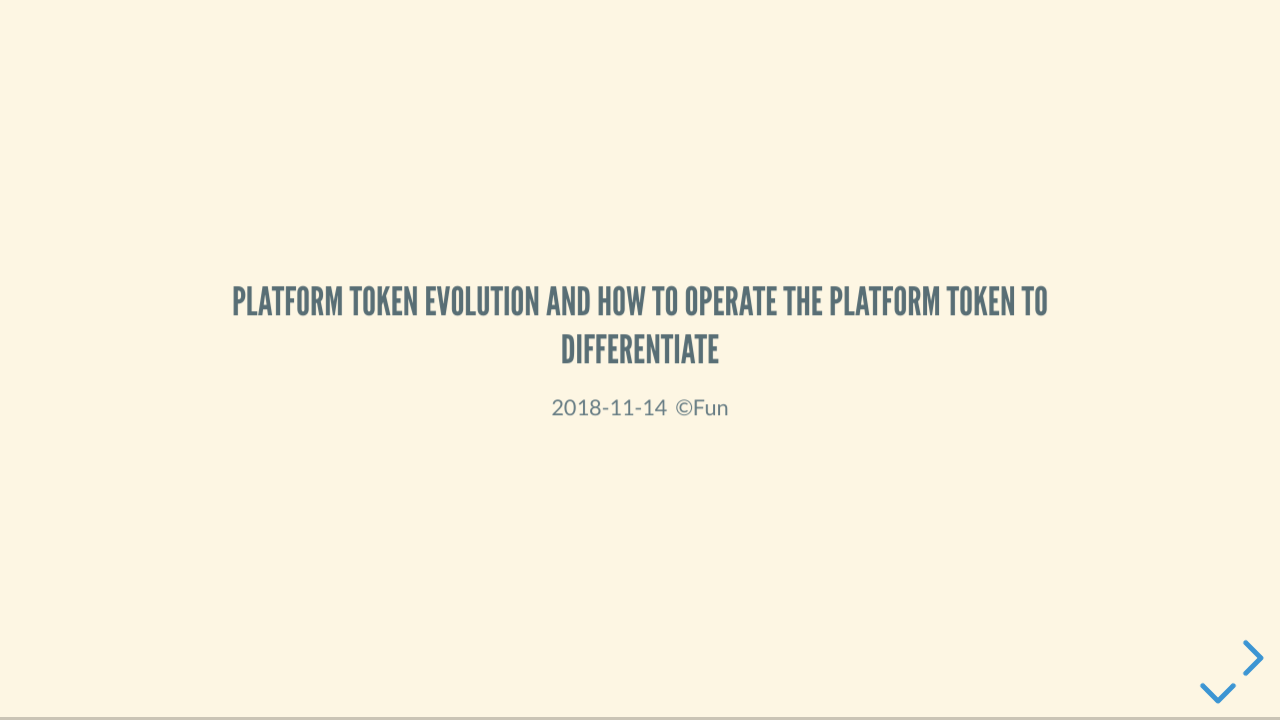
Repository: RickFang666/reveal-ppt
Page: index.html
An editor plug-in stored every save of this project. The page is shown before and after the next save, followed by the edit.
The browser window is 1280 px wide. The pictures show the whole page.

Above is the page before, as saved 2018-11-13 10:46:49.

### index.html
<!DOCTYPE html>
<html>
  <head>
    <meta charset="utf-8" />
    <meta
      name="viewport"
      content="width=device-width, initial-scale=1.0, maximum-scale=1.0, user-scalable=no"
    />

    <title>reveal.js</title>

    <link rel="stylesheet" href="css/reveal.css" />
    <link rel="stylesheet" href="css/theme/solarized.css" />

    <!-- Theme used for syntax highlighting of code -->
    <link rel="stylesheet" href="lib/css/zenburn.css" />
    <link rel="stylesheet" href="css/print/paper.css" />
    <link rel="stylesheet" href="css/custom.css" />
    <!-- Printing and PDF exports -->
    <!--
      <script>
      	var link = document.createElement('link');
      	link.rel = 'stylesheet';
      	link.type = 'text/css';
      	link.href = window.location.search.match(/print-pdf/gi) ? 'css/print/pdf.css' : 'css/print/paper.css';
      	document.getElementsByTagName('head')[0].appendChild(link);
      </script>
    -->
  </head>

  <body>
    <div class="reveal">
      <div class="slides">
        <section>
          <section>
            <h6>
              Platform Token evolution and how to operate the Platform Token to
              differentiate
            </h6>
            <p class="fs-22">2018-11-14&nbsp;&nbsp;©Fun</p>
          </section>
          <section><h4>进步始于交流，收获源于分享</h4></section>
          <!--
            <section>
            	<h4>主题：WEB技术分享与交流</h4>
            	<h4>时间：周五16：00 - 17：00</h4>
            </section>
            <section>
            	<h4 class='ta-l'>会议章程</h4>
            	<ol>
            		<li>主讲人分享技术心得等，30分钟左右</li>
            		<li>组员依次提出本周遇到的技术问题，20分钟左右</li>
            		<li>暂定为自由讨论，10分钟左右</li>
            	</ol>
            </section>
          -->
        </section>
        <section>进入主题</section>
        <section data-markdown>
          <script type="text/template">
            <p class='ta-c'>浅谈React16新特性</p>
            * error boundaries
            * portals
            * render方法新增返回类型
            * 支持自定义DOM属性
            * 更好的服务器端渲染
            * 新的打包策略
            <!-- * MIT许可和新的核心架构 -->
          </script>
        </section>
        <section>
          <section data-markdown class="ta-l">
            <script type="text/template">
              <p class='ta-c'>Better Error Handling</p>
              &emsp;&emsp;之前，组件渲染过程中的运行时错误可能会使应用处于故障状态，产生隐蔽的错误消息并需要刷新页面才能恢复。为了解决这个问题，React16 使用更灵活的错误处理策略。默认情况下，如果在组件的渲染或生命周期方法中引发错误，将会从根节点卸载整个组件树。这可以防止显示损坏的数据，但是，这可能不是理想的用户体验。
            </script>
          </section>
          <section data-markdown class="ta-l">
            <script type="text/template">
              部分UI中的JavaScript错误不应该破坏整个应用程序。为了解决这个问题，React16 引入了error boundaries，中文译为"错误边界"的新概念。
            </script>
          </section>
          <section data-markdown class="ta-l">
            <script type="text/template">
              错误边界是一种特殊的React组件，可以在其子组件树中的任何位置捕获JavaScript错误，记录这些错误并显示回退UI，而不是崩溃的组件树。
            </script>
          </section>
          <section data-markdown class="ta-l">
            <script type="text/template">
              <p>React16 新增生命周期：`componentDidCatch`</p>
              如果一个类组件定义了该生命周期方法，它将成为一个错误边界。
            </script>
          </section>
          <section data-markdown class="ta-l">
            <script type="text/template">
              ```
              // 最佳实践
              class ErrorBoundary extends React.Component {
              	state = {
              	  hasError: false
              	};
              	componentDidCatch(error, info) {
              	  this.setState({ hasError: true });
              	}
              	render() {
              	  if (this.state.hasError) {
              		return <h1>Something went wrong.</h1>;
              	  }
              	  return this.props.children;
              	}
              }
              ```
            </script>
          </section>
          <section data-markdown class="ta-l">
            <script type="text/template">
              ```
              // 作为常规组件使用
              <ErrorBoundary>
              	<App />
              </ErrorBoundary>
              ```
            </script>
          </section>
          <section data-markdown class="ta-l">
            <script type="text/template">
              <p class='ta-c'>Portals</p>
              <p>&emsp;&emsp;Portals，中文可以理解为"传送门"，提供了一种一流的方法来将子组件渲染到父组件的 DOM 结构之外的DOM节点中。默认情况下，React组件树和DOM树是完全对应的，对于一些 Modal , Overlay 之类的组件实现，通常是将它们放在顶层，但逻辑上它们可能只是属于某个子组件，这不利于组件的结构组织。</p>
            </script>
          </section>
          <section data-markdown class="ta-l">
            <script type="text/template">
              ```
              ReactDOM.createPortal(child, container)
              ```
            </script>
          </section>
          <section data-markdown class="ta-l">
            <script type="text/template">
              通过使用 `React.createPortal` ，我们可以将组件渲染到我们想要的任意DOM节点中，但它依然存在于React树中。因此，该组件的行为与其它普通组件相似，在portal内部触发的事件也将传播到父组件。对于组件划分来说，这是一个很棒的特性。
            </script>
          </section>
          <section data-markdown class="ta-l">
            <script type="text/template">
              <p class='ta-c'>New render return types</p>
              React16 添加了新的返回类型：fragments and strings
            </script>
          </section>
          <section data-markdown class="ta-l">
            <script type="text/template">
              * fragments
              <br/>
              React16 支持在组件的render方法中返回一组元素。与其它数组一样，需要为每个元素添加一个唯一的key值以避免警告：
              ```
              render() {
              	// No need to wrap list items in an extra element!
              	return [
              	  // Don't forget the keys
              	  <li key="A">First item</li>,
              	  <li key="B">Second item</li>,
              	  <li key="C">Third item</li>,
              	];
              }
              ```
            </script>
          </section>
          <section data-markdown class="ta-l">
            <script type="text/template">
              从React16.2.0 开始，进一步提高对 JSX特殊片段语法的支持。
              ```
              render() {
              	return (
              	  <>
              		<ChildA />
              		<ChildB />
              		<ChildC />
              	  </>
              	);
              }
              ```
            </script>
          </section>
          <section data-markdown class="ta-l">
            <script type="text/template">
              * string
              <br/>
              React16 支持在组件的render方法中返回字符串：
              ```
              render() {
              	return 'Look ma, no spans!';
              }
              ```
            </script>
          </section>
          <section data-markdown class="ta-l">
            <script type="text/template">
              <p class='ta-l'>所有支持的完整返回类型列表：</p>

              * react elements (jsx)
              * string
              * numbers
              * booleans
              * null
              * fragments
              * portals
            </script>
          </section>
          <section data-markdown class="ta-l">
            <script type="text/template">
              <p class='ta-c'>Support for custom DOM attributes</p>
              &emsp;&emsp;在之前的版本中，React会忽略无法识别的HTML和SVG属性，如果您使用React无法识别的属性编写JSX，则React将跳过它。
            </script>
          </section>
          <section data-markdown class="ta-l">
            <script type="text/template">
              ```
              // Your code:
              <div mycustomattribute="something" />
              ```
              ```
              // React 15 output:
              <div />
              ```
              ```
              // React 16 output:
              <div mycustomattribute="something" />
              ```
            </script>
          </section>
          <section data-markdown class="ta-l">
            <script type="text/template">
              现在，React16 不再忽略无法识别的HTML和SVG属性，而将它们直接传递给DOM。这个改动让React去掉了大部分的属性白名单，从而减小了文件大小。
            </script>
          </section>
          <!--
            <section data-markdown class='ta-l'>
            	<script type='text/template'>
            		<p>注意，您仍然应该使用规范的React命名来获取已知属性。</p>
            	</script>
            </section>
          -->
          <section data-markdown class="ta-l">
            <script type="text/template">
              <p class='ta-c'>Better server-side rendering</p>
              &emsp;&emsp;React16 包含一个完全重写的SSR。新的实现非常快，接近3倍性能于React15 ，现在提供一种流模式streaming，可以更快地把渲染的字节发送到客户端。
            </script>
          </section>
          <section data-markdown class="ta-l">
            <script type="text/template">
              另外，React16 在hydrating ( 注：指客户端基于服务器返回的HTML再次重新渲染）方面表现的更好，它不再要求初始渲染与服务器的结果完全匹配。相反，它会尝试尽可能多地重用现有的DOM。没有更多的校验和！一般来说，不建议在服务器和客户端渲染不同的内容，但在某些情况下（如时间戳）可能会有用。
            </script>
          </section>
          <section data-markdown class="ta-l">
            <script type="text/template">
              <p class='ta-c'>Reduced file size</p>
              &emsp;&emsp;React16 的体积比上个版本减小了32%
              * react is 5.3 kb (2.2 kb gzipped), down from 20.7 kb (6.9 kb gzipped).
              * react-dom is 103.7 kb (32.6 kb gzipped), down from 141 kb (42.9 kb gzipped).
              * react + react-dom is 109 kb (34.8 kb gzipped), down from 161.7 kb (49.8 kb gzipped).
            </script>
          </section>
          <section data-markdown class="ta-l">
            <script type="text/template">
              React体积的减小由于使用了新的打包策略，现在去掉了process.env检查，并且使用Rollup作为打包工具。
            </script>
          </section>
          <!--
            <section data-markdown>
            	<script type='text/template'>
            		<p class='ta-c'>Fiber</p>
            		<p class='ta-l'>&emsp;&emsp;React 16采用了新的核心架构 " Fiber " ,Facebook官方声称：Fiber是对核心算法的一次重新实现，我们改写了React。</p>
            	</script>
            </section>
          -->
        </section>
        <section>
          <section data-markdown>
            <script type="text/template">
              <p class='ta-c'>扩展</p>
              * 组件生命周期变更
              * createRef API
              * forwardRef API
              * Official Context API
              * StrictMode Component
            </script>
          </section>
        </section>
        <section>
          <section data-markdown>
            <script type="text/template">
              <p class='ta-c'>组件生命周期变更</p>
              <p class='ta-c'>未来的React版本将启用异步渲染更新</p>
            </script>
          </section>
          <section data-markdown>
            <script type="text/template">
              <p class='ta-l'>* 16.3：添加3个UNSAFE前缀的生命周期</p>
              ```
              UNSAFE_componentWillMount(){}

              UNSAFE_componentWillReceiveProps(nextProps){}

              UNSAFE_componentWillUpdate(nextProps,nextState){}
              ```
            </script>
          </section>
          <section data-markdown>
            <script type="text/template">
              <p class='ta-l'>* 未来的16.x版本：将对以下生命周期启用弃用警告</p>
              ```
              componentWillMount(){}

              componentWillReceiveProps(nextProps){}

              componentWillUpdate(nextProps,nextState){}
              ```
            </script>
          </section>
          <section data-markdown>
            <script type="text/template">
              <p class='ta-l'>* 17.0：删除以下生命周期</p>
              ```
              componentWillMount(){}

              componentWillReceiveProps(nextProps){}

              componentWillUpdate(nextProps,nextState){}
              ```
            </script>
          </section>
          <section data-markdown>
            <script type="text/template">
              * 新增生命周期：static getDerivedStateFromProps
              ```
              class Example extends React.Component {
              	static getDerivedStateFromProps(nextProps, prevState) {
              	  // ...
              	}
              }
              ```
            </script>
          </section>
          <section data-markdown>
            <script type="text/template">
              <p class='ta-l'>&emsp;&emsp;The new static getDerivedStateFromProps lifecycle is invoked after a component is instantiated as well as when it receives new props. It can return an object to update state, or null to indicate that the new props do not require any state updates.</p>
            </script>
          </section>
          <section data-markdown>
            <script type="text/template">
              <p class='ta-l'>&emsp;&emsp;Together with componentDidUpdate, this new lifecycle should cover all use cases for the legacy componentWillReceiveProps.</p>
            </script>
          </section>
          <section data-markdown>
            <script type="text/template">
              * 新增生命周期： getSnapshotBeforeUpdate
              ```
              class Example extends React.Component {
              	getSnapshotBeforeUpdate(prevProps, prevState) {
              	  // ...
              	}
              }
              ```
            </script>
          </section>
          <section data-markdown>
            <script type="text/template">
              <p class='ta-l'>&emsp;&emsp;The new getSnapshotBeforeUpdate lifecycle is called right before mutations are made (e.g. before the DOM is updated). The return value for this lifecycle will be passed as the third parameter to componentDidUpdate. (This lifecycle isn’t often needed, but can be useful in cases like manually preserving scroll position during rerenders.)</p>
            </script>
          </section>
          <section data-markdown>
            <script type="text/template">
              <p class='ta-l'>&emsp;&emsp;Together with componentDidUpdate, this new lifecycle should cover all use cases for the legacy componentWillUpdate.</p>
            </script>
          </section>
          <section data-markdown>
            <script type="text/template">
              <p class='ta-c'>createRef API</p>
              <p class='ta-l'>&emsp;&emsp;Previously, React provided two ways of managing refs: the legacy string ref API and the callback API. Although the string ref API was the more convenient of the two, it had several downsides and so our official recommendation was to use the callback form instead.</p>
            </script>
          </section>
          <section data-markdown>
            <script type="text/template">
              <p class='ta-l'>&emsp;&emsp;Version 16.3 adds a new option for managing refs that offers the convenience of a string ref without any of the downsides:</p>
            </script>
          </section>
          <section data-markdown>
            <script type="text/template">
              ```
              class MyComponent extends React.Component {
              	constructor(props) {
              	  super(props);

              	  this.inputRef = React.createRef();
              	}

              	render() {
              	  return <input type="text" ref={this.inputRef} />;
              	}

              	componentDidMount() {
              	  this.inputRef.current.focus();
              	}
              }
              ```
            </script>
          </section>
          <section data-markdown>
            <script type="text/template">
              <p class='ta-c'>forwardRef API</p>
              <p class='ta-l'>&emsp;&emsp;Generally, React components are declarative, but sometimes imperative access to the component instances and the underlying DOM nodes is necessary. This is common for use cases like managing focus, selection, or animations. React provides refs as a way to solve this problem. However, component encapsulation poses some challenges with refs.</p>
            </script>
          </section>
          <section data-markdown>
            <script type="text/template">
              <p class='ta-l'>&emsp;&emsp;For example, if you replace a `<button>` with a custom `<FancyButton>` component, the ref attribute on it will start pointing at the wrapper component instead of the DOM node (and would be null for functional components). While this is desirable for “application-level” components like FeedStory or Comment that need to be encapsulated, it can be annoying for “leaf” components such as FancyButton or MyTextInput that are typically used like their DOM counterparts, and might need to expose their DOM nodes.</p>
            </script>
          </section>
          <section data-markdown>
            <script type="text/template">
              <p class='ta-l'>&emsp;&emsp;Ref forwarding is a new opt-in feature that lets some components take a ref they receive, and pass it further down (in other words, “forward” it) to a child. In the example below, FancyButton forwards its ref to a DOM button that it renders:</p>
            </script>
          </section>
          <section data-markdown>
            <script type="text/template">
              ```
              const FancyButton = React.forwardRef((props, ref) => (
              	<button ref={ref} className="FancyButton">
              	  {props.children}
              	</button>
              ));

              // You can now get a ref directly to the DOM button:
              const ref = React.createRef();
              <FancyButton ref={ref}>Click me!</FancyButton>;
              ```
            </script>
          </section>
          <section data-markdown>
            <script type="text/template">
              <p class='ta-l'>&emsp;&emsp;This way, components using FancyButton can get a ref to the underlying button DOM node and access it if necessary—just like if they used a DOM button directly.Ref forwarding is not limited to “leaf” components that render DOM nodes. If you write higher order components, we recommend using ref forwarding to automatically pass the ref down to the wrapped class component instances.</p>
            </script>
          </section>
          <section data-markdown>
            <script type="text/template">
              <p class='ta-c'>Official Context API</p>
              <p class='ta-l'>&emsp;&emsp;For many years, React has offered an experimental API for context. Although it was a powerful tool, its use was discouraged because of inherent problems in the API, and because we always intended to replace the experimental API with a better one.</p>
            </script>
          </section>
          <section data-markdown>
            <script type="text/template">
              <p class='ta-l'>&emsp;&emsp;Version 16.3 introduces a new context API that is more efficient and supports both static type checking and deep updates.Here is an example illustrating how you might inject a “theme” using the new context API:</p>
            </script>
          </section>
          <section data-markdown>
            <script type="text/template">
              ```
              const ThemeContext = React.createContext('light');

              class ThemeProvider extends React.Component {
                state = { theme: 'light' };
                render() {
              	return (
              	  <ThemeContext.Provider value={this.state.theme}>
              		{this.props.children}
              	  </ThemeContext.Provider>
              	);
                }
              }

              class ThemedButton extends React.Component {
                render() {
              	return (
              	  <ThemeContext.Consumer>
              		{theme => <Button theme={theme} />}
              	  </ThemeContext.Consumer>
              	);
                }
              }
              ```
            </script>
          </section>
          <section data-markdown>
            <script type="text/template">
              <p class='ta-c'>StrictMode Component</p>
              <p class='ta-l'>&emsp;&emsp;StrictMode is a tool for highlighting potential problems in an application. Like Fragment, StrictMode does not render any visible UI. It activates additional checks and warnings for its descendants.</p>
            </script>
          </section>
          <section data-markdown>
            <script type="text/template">
              <p class='ta-l'>&emsp;&emsp;Although it is not possible for strict mode to catch all problems (e.g. certain types of mutation), it can help with many. If you see warnings in strict mode, those things will likely cause bugs for async rendering.</p>
            </script>
          </section>
          <section data-markdown>
            <script type="text/template">
              <p class='ta-l'>In version 16.3, StrictMode helps with:</p>
              * Identifying components with unsafe lifecycles
              * Warning about legacy string ref API usage
              * Detecting unexpected side effects
            </script>
          </section>
          <section data-markdown>
            <script type="text/template">
              <p class='ta-l'>StrictMode checks are run in development mode only; they do not impact the production build.</p>
            </script>
          </section>
        </section>
        <section><h2>Thank you !</h2></section>
      </div>
    </div>

    <script src="lib/js/head.min.js"></script>
    <script src="js/reveal.js"></script>

    <script>
      // More info about config & dependencies:
      // - https://github.com/hakimel/reveal.js#configuration
      // - https://github.com/hakimel/reveal.js#dependencies
      Reveal.initialize({
        dependencies: [
          { src: 'plugin/markdown/marked.js' },
          { src: 'plugin/markdown/markdown.js' },
          { src: 'plugin/notes/notes.js', async: true },
          {
            src: 'plugin/highlight/highlight.js',
            async: true,
            callback: function() {
              hljs.initHighlightingOnLoad()
            }
          }
        ]
      })
    </script>
  </body>
</html>

### css/custom.css
.fs-22{
    font-size:22px!important;
}

.ta-l{
    text-align: left;
}

.ta-c{
    text-align: center;
}

.fr{
    float: right;
}

Loaded but not shown: lib/css/zenburn.css (common file); lib/js/head.min.js (library); js/reveal.js (library); lib/font/league-gothic/league-gothic.css (common file); plugin/markdown/marked.js (library); plugin/markdown/markdown.js (library); plugin/notes/notes.js (library); plugin/highlight/highlight.js (library); css/reveal.css (1555 lines, source omitted); css/theme/solarized.css (268 lines, source omitted); css/theme/moon.css (268 lines, source omitted); css/print/paper.css (203 lines, source omitted)

After the next save:
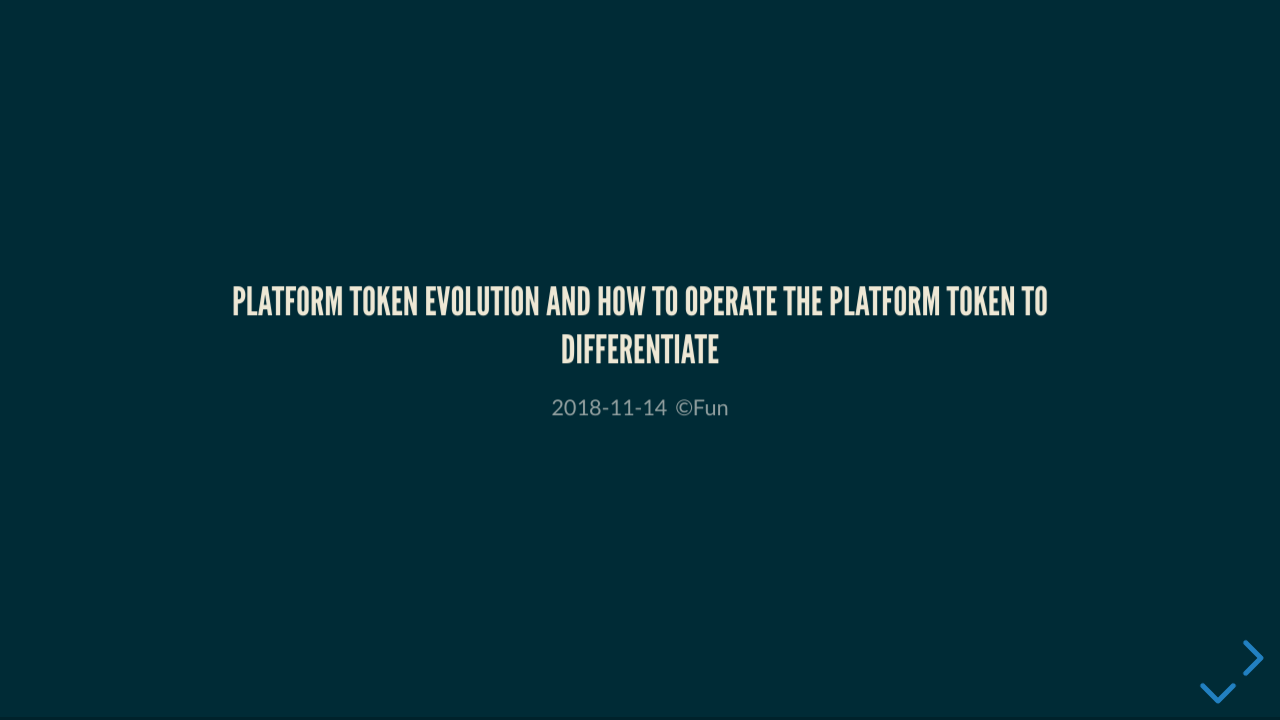
Saved 51 s later.
--- a/index.html
+++ b/index.html
@@ -10,7 +10,7 @@
     <title>reveal.js</title>
 
     <link rel="stylesheet" href="css/reveal.css" />
-    <link rel="stylesheet" href="css/theme/solarized.css" />
+    <link rel="stylesheet" href="css/theme/moon.css" />
 
     <!-- Theme used for syntax highlighting of code -->
     <link rel="stylesheet" href="lib/css/zenburn.css" />
